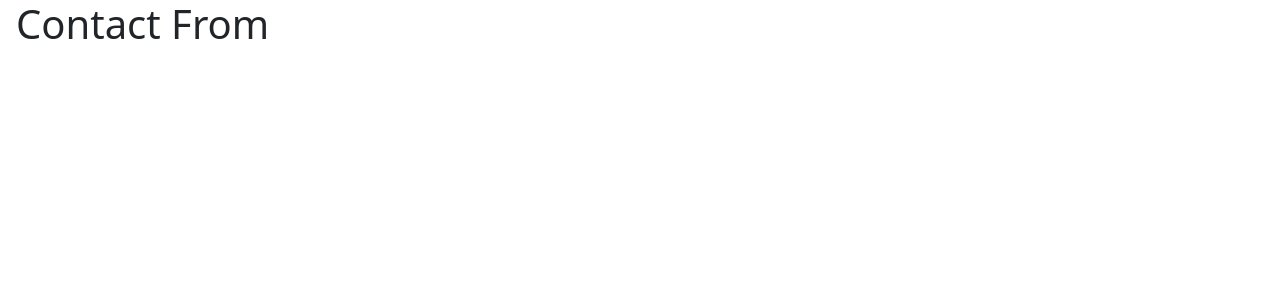
Repository: syni18/bootstrap_form
Page: index.html
These files come from the project's save history. The page is drawn as it stood at one moment and after the next save; the edit follows.
The browser window is 1280 px wide. The pictures show the whole page.

Above is the page before, as saved 2023-10-26 15:23:23.

After the next save:
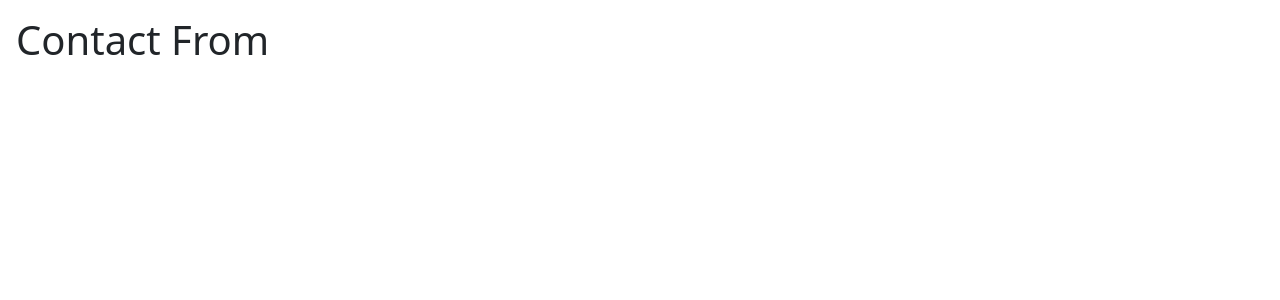
Saved 6 s later.
--- a/index.html
+++ b/index.html
@@ -7,7 +7,7 @@
     <title>Contact From</title>
 </head>
 <body>
-    <h1 class="display-6 ms-3">Contact From</h1>
+    <h1 class="display-6 ms-3 mt-3">Contact From</h1>
     <script src="https://cdn.jsdelivr.net/npm/bootstrap@5.3.2/dist/js/bootstrap.bundle.min.js" integrity="sha384-C6RzsynM9kWDrMNeT87bh95OGNyZPhcTNXj1NW7RuBCsyN/o0jlpcV8Qyq46cDfL" crossorigin="anonymous"></script>
 </body>
 </html>
